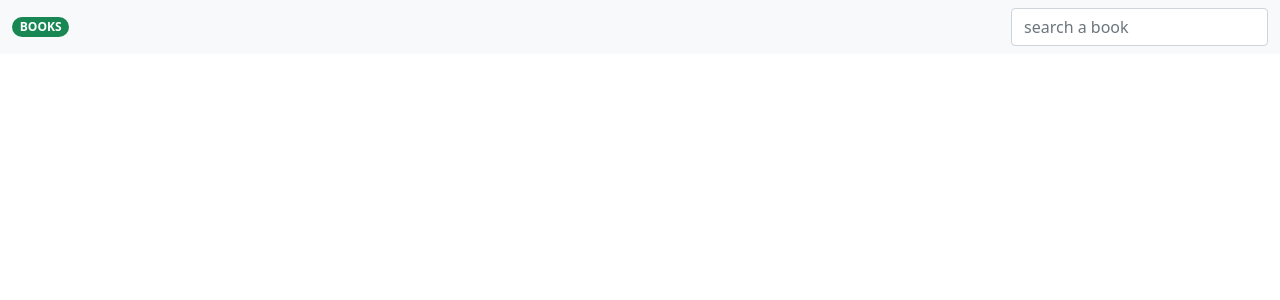
Repository: dilaraozdem1r/BooksApp
Page: /
An editor plug-in stored every save of this project. The page is shown before and after the next save, followed by the edit.
The browser window is 1280 px wide. The pictures show the whole page.
The page's requests for data from a server got no answer. The project was rebuilt for these pictures with package versions that can differ from the ones it lists, and the page was loaded fresh each time. No one was signed in, and anything a server would have sent is missing. Also part of the build but not shown: src/Components/User.js.

Above is the page before, as saved 2021-08-19 18:02:14.

### public/index.html
<!DOCTYPE html>
<html lang="en">
  <head>
    <meta charset="utf-8" />
    <link rel="icon" href="%PUBLIC_URL%/favicon.ico" />
    <meta name="viewport" content="width=device-width, initial-scale=1" />
    <meta name="theme-color" content="#000000" />
    <meta
      name="description"
      content="Web site created using create-react-app"
    />
    <link rel="apple-touch-icon" href="%PUBLIC_URL%/logo192.png" />
    <!--
      manifest.json provides metadata used when your web app is installed on a
      user's mobile device or desktop. See https://developers.google.com/web/fundamentals/web-app-manifest/
    -->
    <link rel="manifest" href="%PUBLIC_URL%/manifest.json" />
    <!--
      Notice the use of %PUBLIC_URL% in the tags above.
      It will be replaced with the URL of the `public` folder during the build.
      Only files inside the `public` folder can be referenced from the HTML.

      Unlike "/favicon.ico" or "favicon.ico", "%PUBLIC_URL%/favicon.ico" will
      work correctly both with client-side routing and a non-root public URL.
      Learn how to configure a non-root public URL by running `npm run build`.
    -->
    <link href="https://cdn.jsdelivr.net/npm/bootstrap@5.0.2/dist/css/bootstrap.min.css" rel="stylesheet" integrity="sha384-EVSTQN3/azprG1Anm3QDgpJLIm9Nao0Yz1ztcQTwFspd3yD65VohhpuuCOmLASjC" crossorigin="anonymous">
    <title>Books App</title>
  </head>
  <body>
    <noscript>You need to enable JavaScript to run this app.</noscript>
    <div id="root"></div>
    <!--
      This HTML file is a template.
      If you open it directly in the browser, you will see an empty page.

      You can add webfonts, meta tags, or analytics to this file.
      The build step will place the bundled scripts into the <body> tag.

      To begin the development, run `npm start` or `yarn start`.
      To create a production bundle, use `npm run build` or `yarn build`.
    -->
    <script src="https://cdn.jsdelivr.net/npm/bootstrap@5.0.2/dist/js/bootstrap.bundle.min.js" integrity="sha384-MrcW6ZMFYlzcLA8Nl+NtUVF0sA7MsXsP1UyJoMp4YLEuNSfAP+JcXn/tWtIaxVXM" crossorigin="anonymous"></script>
  </body>
</html>

### src/index.js
import React from 'react'
import ReactDOM from 'react-dom'
import App from './Components/App'

ReactDOM.render(
    <App />,
    document.getElementById('root')

);

### src/Components/App.js
import React from 'react'
import User from './User'
import Books from './BookList';
import axios from 'axios'
import SearchBar from './SearchBar'

class App extends React.Component {
  state = {
    books: [],
    searchQuery:""
  }

  async componentDidMount() {
    this.getBooks();

  }
  async getBooks() {
    const response = await axios.get(" http://localhost:3004/books");

    this.setState({ books: response.data })

  }
  searchMovie=(event)=>{
    this.setState({
      searchQuery:event.target.value
    })

  }

  render() {

    let filteredBooks=this.state.books.filter(
      (book)=>{
        return book.name.toLowerCase().indexOf(this.state.searchQuery.toLowerCase()) !== -1 }
    ).sort((a,b)=>{
      return a.id < b.id ? 1 : a.id > b.id ? -1 : 0 ;
    });



    return (
      <div>
        <nav className="navbar navbar-light bg-light">
            <div className="container-fluid">
            <span className="badge rounded-pill bg-success" badge-padding-x ='.100em'>BOOKS</span>

            <SearchBar search={this.searchMovie} />
            </div>

        </nav>




          <div>
              <Books books={filteredBooks} />
          </div>

      </div>
        );
}
}
        export default App;

### src/Components/BookList.js
import React from 'react';



const Books = (props) => {

    const truncateOverview =(string, maxLength) =>{
        if(!string) return null;
        if(string.length < maxLength ) return string;
        return `${string.substring(0,maxLength)}...`
    }


    return (

        //<div className='row'>
<div className="row row-cols-1 row-cols-md-3 g-4">


            {props.books.map((book) => (


                <div className='col ' key={book.id} >

                    <div className='card' style={{width:"80%", height:"60%"}}>
                        <img src={book.imageURL} className="card-img-top" alt="sample image" />
                        <div className="card-body">
                            <h5 className="card-title">{book.name}</h5>
                            <p className="card-text"> {truncateOverview(book.overview,100)}</p>

                            <h2><span class="badge rounded-pill bg-info text-dark">{book.author}</span></h2>
                        </div>
                    </div>
                </div>


            ))}

        </div>


    )



}

export default Books;

### src/Components/SearchBar.js
import React from 'react';
import { Link } from 'react-router-dom';

class SearchBar extends React.Component{

    render(){
        return(

            <div>
                <form className="d-flex">

            <input className="form-control me-50"  type="text" placeholder="search a book" aria-label="Search" onChange={this.props.search}/>


         </form>
         </div>

        )
    }
}
export default SearchBar;

After the next save:
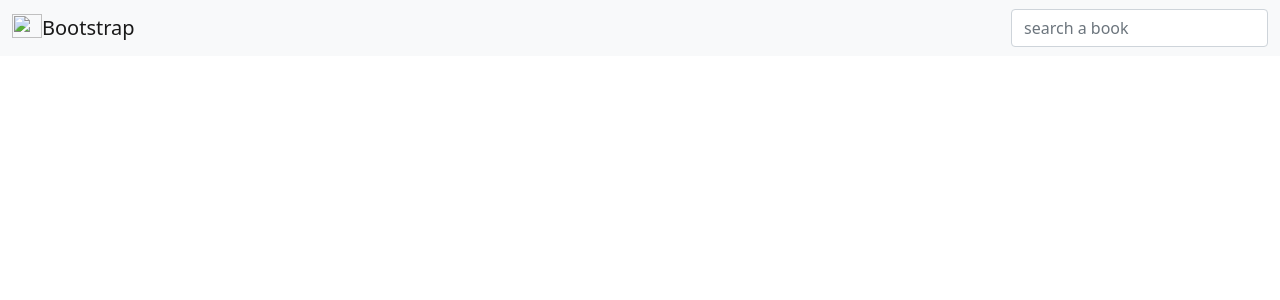
Not found: docs/5.1/assets/brand/bootstrap-logo.svg
Saved 95 s later.
--- a/src/Components/App.js
+++ b/src/Components/App.js
@@ -42,7 +42,10 @@ class App extends React.Component {
       <div>
         <nav className="navbar navbar-light bg-light">
             <div className="container-fluid">
-            <span className="badge rounded-pill bg-success" badge-padding-x ='.100em'>BOOKS</span>
+            <a class="navbar-brand" href="#">
+          <img src="/docs/5.1/assets/brand/bootstrap-logo.svg" alt="" width="30" height="24" class="d-inline-block align-text-top"/>
+           Bootstrap
+    </a>
 
             <SearchBar search={this.searchMovie} />
             </div>
